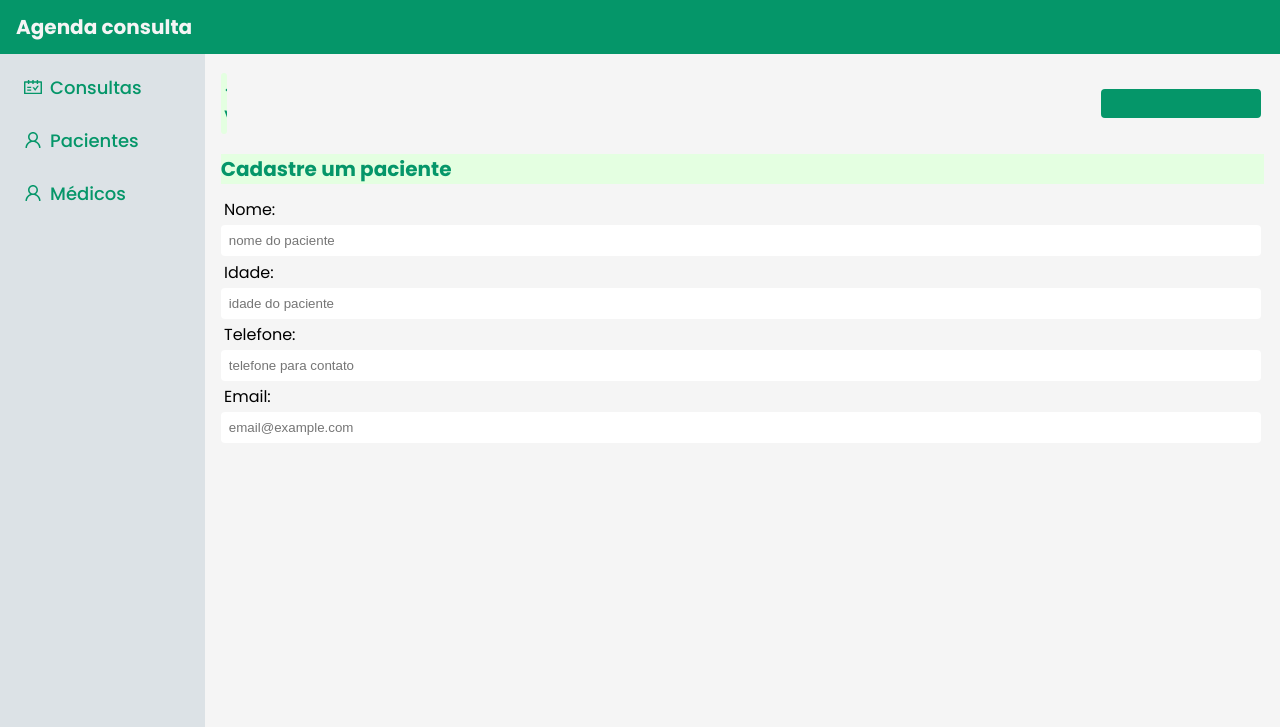
Repository: BarbaraCD/agendaconsulta
Page: /patients/new
An editor plug-in stored every save of this project. The page is shown before and after the next save, followed by the edit.
The browser window is 1280 px wide. The pictures show the whole page.
The project was rebuilt for these pictures with package versions that can differ from the ones it lists, and the page was loaded fresh each time. Also part of the build but not shown: vite.config.ts, src/services/appointment.services.ts, src/styles/Appointments.ts, src/services/doctor.services.ts, src/components/Calendar.tsx, src/styles/CreateContainer.ts, src/components/DoctorTable.tsx, src/components/PatientTable.tsx and 2 more.

Above is the page before, as saved 2023-08-29 16:36:23.

### index.html
<!DOCTYPE html>
<html lang="en">
  <head>
    <meta charset="UTF-8" />
    <link rel="icon" type="image/svg+xml" href="/vite.svg" />
    <meta name="viewport" content="width=device-width, initial-scale=1.0" />

    <link rel="preconnect" href="https://fonts.googleapis.com">
    <link rel="preconnect" href="https://fonts.gstatic.com" crossorigin>
    <link href="https://fonts.googleapis.com/css2?family=Poppins:wght@400;500;700&display=swap" rel="stylesheet">

    <title>Agendamento de Consulta</title>
  </head>
  <body>
    <div id="root"></div>
    <script type="module" src="/src/main.tsx"></script>
  </body>
</html>

### src/main.tsx
/* eslint-disable @typescript-eslint/no-non-null-assertion */
import React from 'react'
import ReactDOM from 'react-dom/client'
import { ThemeProvider } from 'styled-components'
import GlobalStyle, { Container, Content } from './styles/global'
import { theme } from './styles/Theme.ts'
import App from './App.tsx'
import { Routes } from './routes/index.tsx'
import { Header } from './components/Header.tsx'
import { BrowserRouter } from 'react-router-dom'

ReactDOM.createRoot(document.getElementById('root')!).render(
  <React.StrictMode>
    <ThemeProvider theme={theme}>
      <GlobalStyle />
      <BrowserRouter>
        <Header />
        <Container>
          <App />
          <Content>
            <Routes />
          </Content>
        </Container>
      </BrowserRouter>
    </ThemeProvider>
  </React.StrictMode>,
)

### src/styles/global.ts
import styled, { createGlobalStyle } from 'styled-components'

export default createGlobalStyle`
  *{
    margin: 0;
    padding: 0;
    box-sizing: border-box;

  }
  body{
    height: 100%;
    width: 100%;
    font-family: 'Poppins', sans-serif;
    background: ${(props) => props.theme.colors.white};
    font-size: ${(props) => props.theme.size.xl};
  }
`

export const Container = styled.div`
  display: flex;
`

export const SidebarGlobal = styled.div`
  width: 16%;
`

export const Content = styled.div`
  flex: 1;
  margin: 0 1rem;
`

### src/styles/Theme.ts
export const theme = {
  colors: {
    primary: '#059669',
    head: '#059669B3',
    100: '#E4FFE1',

    sbcolor: '#DCE2E6',
    gray: '#41414D',
    black: '#000',
    white: '#f5f5f5',
  },
  size: {
    sm: '14px',
    md: '16px',
    lg: '18px',
    xl: '20px',
    xxl: '24px',
  },
}

### src/App.tsx
import { SidebarGlobal } from './styles/global'
import { Sidebar } from './components/Sidebar'

export default function App() {
  return (
    <SidebarGlobal>
      <Sidebar />
    </SidebarGlobal>
  )
}

### src/routes/index.tsx
import { AppRoutes } from './app.routes'

export function Routes() {
  return (
    <>
      <AppRoutes />
    </>
  )
}

### src/components/Header.tsx
import { Link } from 'react-router-dom'
import { styled } from 'styled-components'

const ContainerHeader = styled.div`
  padding: 12px 16px;
  width: 100%;
  min-width: 200px;
  font-weight: 700;
  overflow: visible;
  background-color: ${(props) => props.theme.colors.primary};
`

const StyleLink = styled(Link)`
  text-decoration: none;
  word-break: normal;
  display: block;
  align-items: center;
  justify-content: center;
  color: ${(props) => props.theme.colors.white};
`

export function Header() {
  return (
    <ContainerHeader>
      <StyleLink to="/">Agenda consulta</StyleLink>
    </ContainerHeader>
  )
}

### src/components/Sidebar.tsx
import { ScheduleOutlined, UserOutlined } from '@ant-design/icons'
import { StyledSidebar, StyledList } from '../styles/SidebarStyled'
import { Link } from 'react-router-dom'

export function Sidebar() {
  return (
    <StyledSidebar>
      <StyledList>
        <li>
          <ScheduleOutlined style={{ color: '#059669' }} />
          <Link to="/appointments/calendar">Consultas</Link>
        </li>
        <li>
          <UserOutlined style={{ color: '#059669' }} />
          <Link to="/patients/list">Pacientes</Link>
        </li>
        <li>
          <UserOutlined style={{ color: '#059669' }} />
          <Link to="/doctors/list">Médicos</Link>
        </li>
      </StyledList>
    </StyledSidebar>
  )
}

### src/routes/app.routes.tsx
import { Routes, Route } from 'react-router-dom'

import { App } from 'antd'
import { AppointmentsCalendar } from '../components/Calendar'
import { InputPatients } from '../components/InputPatient'
import { DoctorTable } from '../components/DoctorTable'
import { PatientTable } from '../components/PatientTable'
import { InputDoctors } from '../components/InputDoctors'
import { CreateAppointments } from '../components/Appointments'

export function AppRoutes() {
  return (
    <Routes>
      <Route path="/" element={<App />} />

      <Route path="/patients/new" element={<InputPatients />} />
      <Route path="/patients/:id/edit" element={<InputPatients />} />
      <Route path="/patients/list" element={<PatientTable />} />

      <Route path="/doctors/new" element={<InputDoctors />} />
      <Route path="/doctors/:id/edit" element={<InputDoctors />} />
      <Route path="/doctors/list" element={<DoctorTable />} />

      <Route path="/appointments/new" element={<CreateAppointments />} />
      <Route path="/appointments/:id/edit" element={<CreateAppointments />} />
      <Route path="/appointments/calendar" element={<AppointmentsCalendar />} />
    </Routes>
  )
}

### src/styles/SidebarStyled.ts
import styled from 'styled-components'

export const StyledSidebar = styled.div`
  display: flex;
  flex-direction: column;
  background-color: ${(props) => props.theme.colors.sbcolor};
  color: ${(props) => props.theme.colors.black};
  font-size: ${(props) => props.theme.size.lg};
  font-weight: 500;
  justify-content: flex-start;
  align-items: flex-start;
  overflow: auto;
  height: 93.5vh;
  min-height: 100%;
`

export const StyledList = styled.ul`
  list-style: none;
  padding: 0.5rem;

  li {
    cursor: pointer;
    padding: 1rem;
    line-height: 1.3rem;
  }

  a {
    text-decoration: none;
    color: ${(props) => props.theme.colors.primary};
    margin: 0.5rem;
    word-break: break-all;
  }
`

### src/components/InputPatient.tsx
/* eslint-disable react-hooks/exhaustive-deps */
import { z } from 'zod'
import { useForm } from 'react-hook-form'
import { zodResolver } from '@hookform/resolvers/zod'

import { useEffect, useState } from 'react'
import {
  InputContainer,
  MessageError,
  MessageSaved,
  StyledInput,
  StyledValidation,
  SubmitButton,
  StyledLink,
  FlexDiv,
} from '../styles/InputContainer'
import {
  createPatient,
  updatePatient,
  getPatientById,
} from '../services/patient.services'
import { useParams, useNavigate } from 'react-router-dom'
import { ArrowLeftOutlined } from '@ant-design/icons'

const patientSchema = z.object({
  name: z
    .string()
    .nonempty('O nome é obrigatório')
    .transform((name) => {
      return name
        .trim()
        .split(' ')
        .map((word) => {
          return word[0].toLocaleUpperCase().concat(word.substring(1))
        })
        .join(' ')
    }),
  age: z.coerce.number().min(12, 'Idade obrigatória').max(120),
  telephone: z
    .string()
    .min(11, 'Telefone é obrigatório')
    .max(11, 'Telefone deve conter 11 digitos'),
  email: z
    .string()
    .nonempty('O email é obrigatório')
    .email('Formato de email inválido')
    .toLowerCase(),
})

export type PatientSchemaType = z.infer<typeof patientSchema>

export function InputPatients() {
  const {
    reset,
    register,
    handleSubmit,
    formState: { errors, isSubmitting },
  } = useForm<PatientSchemaType>({
    resolver: zodResolver(patientSchema),
    defaultValues: {
      name: '',
      age: null || undefined,
      telephone: null || undefined,
      email: '',
    },
  })

  const navigate = useNavigate()
  const { id } = useParams()
  const [successMessage, setSuccessMessage] = useState<string | null>(null)
  const [errorMessage, setErrorMessage] = useState<string | null>(null)

  useEffect(() => {
    fetchPatients()
  }, [])

  async function fetchPatients() {
    if (!id) return
    try {
      const response = await getPatientById(Number(id))
      reset(response as unknown as PatientSchemaType)
    } catch (error) {
      console.error('Error fetching Patients:', error)
    }
  }

  async function createNewPatient(data: PatientSchemaType) {
    try {
      if (id) {
        await updatePatient(Number(id), data)
        navigate(-1)
      } else {
        await createPatient(data)
      }
      setSuccessMessage('Paciente salvo com sucesso!')
      setTimeout(() => {
        setSuccessMessage(null)
      }, 2000)
      reset()
    } catch (error) {
      setErrorMessage('Erro ao cadastrar/atualizar paciente.')
    }
  }

  return (
    <InputContainer>
      {successMessage && <MessageSaved>{successMessage}</MessageSaved>}
      {errorMessage && <MessageError>{errorMessage}</MessageError>}

      <FlexDiv>
        <StyledLink to="/patients/list">
          <ArrowLeftOutlined />
          Voltar
        </StyledLink>
        <SubmitButton type="submit" disabled={isSubmitting}>
          <p>Salvar</p>
        </SubmitButton>
      </FlexDiv>

      <h3>Cadastre um paciente</h3>
      <form onSubmit={handleSubmit(createNewPatient)}>
        <div>
          <label htmlFor="name">Nome:</label>
          <StyledInput
            {...register('name')}
            type="text"
            name="name"
            id="name"
            placeholder="nome do paciente"
            autoComplete="off"
          />
          {errors.name && (
            <StyledValidation>{errors.name.message}</StyledValidation>
          )}
        </div>

        <div>
          <label htmlFor="age">Idade:</label>
          <StyledInput
            {...register('age')}
            type="number"
            name="age"
            id="age"
            maxLength={3}
            placeholder="idade do paciente"
            autoComplete="off"
          />
          {errors.age && (
            <StyledValidation>{errors.age.message}</StyledValidation>
          )}
        </div>

        <div>
          <label htmlFor="telephone">Telefone:</label>
          <StyledInput
            {...register('telephone')}
            type="number"
            name="telephone"
            id="telephone"
            placeholder="telefone para contato"
            autoComplete="off"
          />
          {errors.telephone && (
            <StyledValidation>{errors.telephone.message}</StyledValidation>
          )}
        </div>

        <div>
          <label htmlFor="email">Email:</label>
          <StyledInput
            {...register('email')}
            type="text"
            id="email"
            name="email"
            placeholder="email@example.com"
            autoComplete="off"
          />
          {errors.email && (
            <StyledValidation>{errors.email.message}</StyledValidation>
          )}
        </div>
      </form>
    </InputContainer>
  )
}

### src/styles/InputContainer.ts
import styled from 'styled-components'
import { Select } from 'antd'
import { Link } from 'react-router-dom'

export const InputContainer = styled.main`
  color: ${(props) => props.theme.colors.black};
  font-size: ${(props) => props.theme.size.md};
  padding: 0.5rem 0;

  div {
    margin: 0.2rem 0.2rem 0.2rem 0;
  }

  h3 {
    background-color: ${(props) => props.theme.colors[100]};
    color: ${(props) => props.theme.colors.primary};
    font-size: ${(props) => props.theme.size.xl};
    margin: 0.8rem 0;
  }

  label {
    display: flex;
    margin: 0.2rem;
  }

  p {
    font-size: ${(props) => props.theme.size.lg};
    font-weight: 400;
  }
`

export const StyledValidation = styled.span`
  size: ${(props) => props.theme.size.md};
  color: red;
`

export const ApFooter = styled.div`
  display: flex;
  align-items: center;
  justify-content: space-between;
  margin-bottom: 0.5rem;
`

export const StyledSelect = styled(Select)`
  width: 100%;
  border: none;
`

export const SubmitButton = styled.button`
  padding: 0.2rem 5rem;
  border: none;
  border-radius: 4px;
  overflow: hidden;
  cursor: pointer;
  margin: 0.5rem 0;
  background-color: ${(props) => props.theme.colors.primary};
  color: ${(props) => props.theme.colors.white};

  text-align: center;
  margin-left: 84%;

  p {
    font-size: ${(props) => props.theme.size.xl};
    font-weight: 600;
    overflow: hidden;
  }

  &:hover {
    background-color: ${(props) => props.theme.colors.head};
  }
`

export const StyledLink = styled(Link)`
  text-decoration: none;
  color: ${(props) => props.theme.colors.primary};
  background-color: ${(props) => props.theme.colors[100]};
  font-weight: 600;
  border-radius: 4px;
  margin: 0.5rem 0;
  padding: 0.2rem;
  justify-content: start;
  align-items: center;

  font-size: ${(props) => props.theme.size.lg};
  font-weight: 500;
  overflow: hidden;

  &:hover {
    color: ${(props) => props.theme.colors.gray};
    background-color: ${(props) => props.theme.colors.sbcolor};
  }
`

export const MessageSaved = styled.p`
  justify-content: center;
  text-align: center;
  width: 30%;
  border-radius: 4px;
  margin: 0 35%;
  background-color: ${(props) => props.theme.colors[100]};
  color: ${(props) => props.theme.colors.primary};
  size: ${(props) => props.theme.size.lg};
`

export const MessageError = styled.p`
  background-color: lightpink;
  color: red;
  justify-content: center;
  text-align: center;
  width: 30%;
  border-radius: 4px;
  margin: 0 35%;
`

export const StyledInput = styled.input`
  width: 100%;
  padding: 0.5rem;
  border: none;
  border-radius: 4px;
  overflow: hidden;
`

export const PatSpan = styled.span`
  text-decoration: none;
  color: ${(props) => props.theme.colors.primary};
  background-color: ${(props) => props.theme.colors[100]};
  font-weight: 500;
  border-radius: 4px;
  margin-top: 1rem;
`
export const FlexDiv = styled.div`
  display: flex;
  justify-content: space-between;
  align-items: center;
`

### src/services/patient.services.ts
import { PatientSchemaType } from '../components/InputPatient'
import { PatientsProps } from '../components/PatientTable'
import { api } from './ApiConfig'

export async function getPatient(): Promise<PatientsProps[]> {
  try {
    const response = await api.get('/patient')
    return response.data
  } catch (error) {
    throw new Error('Erro ao obter dados dos pacientes:')
  }
}

export async function getPatientById(id: number): Promise<PatientsProps> {
  try {
    const response = await api.get(`/patient/${id}`)
    return response.data
  } catch (error) {
    throw new Error('Erro ao obter dados dos pacientes:')
  }
}

export async function createPatient(data: PatientSchemaType) {
  return api.post('/patient', data)
}

export async function updatePatient(id: number, data: PatientSchemaType) {
  try {
    const response = await api.put(`/patient/${id}`, data)
    return response.data
  } catch (error) {
    throw new Error('Erro ao obter dados dos pacientes:')
  }
}

export async function deletePatient(id: number) {
  return await api.delete(`/patient/${id}`)
}

Loaded but not shown: src/services/ApiConfig.ts (common file)

After the next save:
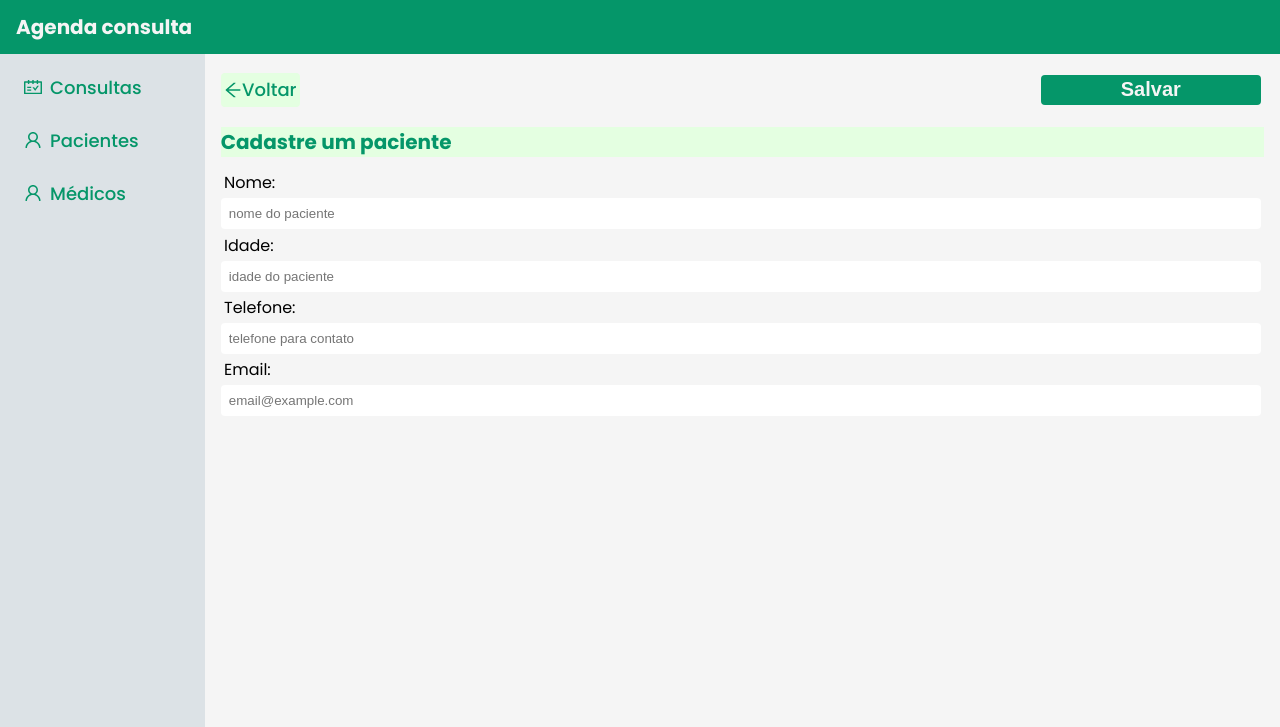
Saved 15 s later.
--- a/src/styles/InputContainer.ts
+++ b/src/styles/InputContainer.ts
@@ -55,9 +55,6 @@ export const SubmitButton = styled.button`
   margin: 0.5rem 0;
   background-color: ${(props) => props.theme.colors.primary};
   color: ${(props) => props.theme.colors.white};
-
-  text-align: center;
-  margin-left: 84%;
 
   p {
     font-size: ${(props) => props.theme.size.xl};
